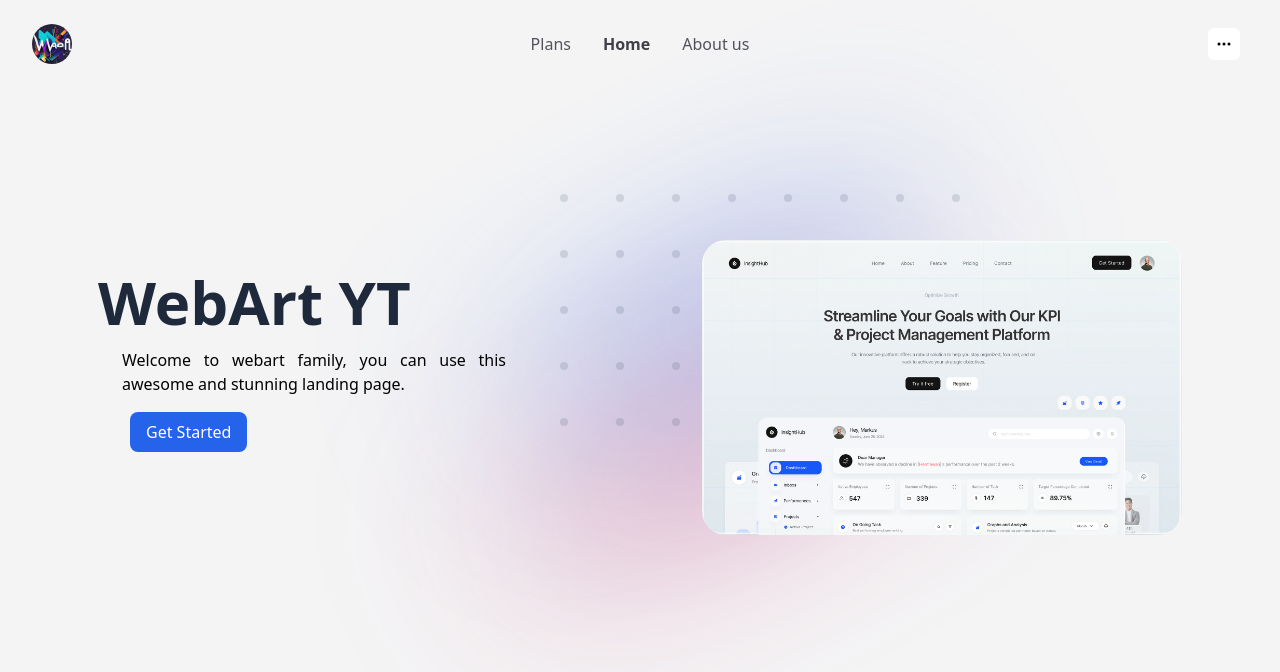
Repository: 30namp/youtube-web-art-code
Page: stunning landing page 1/index.html
These files come from the project's save history. The page is drawn as it stood at one moment and after the next save; the edit follows.
The browser window is 1280 px wide. The pictures show the whole page.

Above is the page before, as saved 2024-09-26 21:22:38.

### stunning landing page 1/index.html
<!DOCTYPE html>
<html lang="en">
  <head>
    <meta charset="UTF-8" />
    <meta name="viewport" content="width=device-width, initial-scale=1.0" />
    <title>WebArt Design</title>
    <script src="./tailwindcss.min.js"></script>
  </head>
  <body class="min-h-screen bg-zinc-100">
    <div
      class="absolute right-[25%] top-[60%] h-12 w-[30rem] rounded-[100%] rotate-[-25deg] bg-pink-700 blur-[6rem]"
    ></div>
    <div
      class="absolute right-[25%] top-[40%] h-12 w-[30rem] rounded-[100%] rotate-[-25deg] bg-blue-700 blur-[6rem]"
    ></div>
    <div
      class="grid grid-cols-8 gap-12 absolute right-[25%] top-[27%] animate-pulse"
    >
      <div class="rounded-full bg-slate-700/30 size-2 shadow-lg"></div>
      <div class="rounded-full bg-slate-700/30 size-2 shadow-lg"></div>
      <div class="rounded-full bg-slate-700/30 size-2 shadow-lg"></div>
      <div class="rounded-full bg-slate-700/30 size-2 shadow-lg"></div>
      <div class="rounded-full bg-slate-700/30 size-2 shadow-lg"></div>
      <div class="rounded-full bg-slate-700/30 size-2 shadow-lg"></div>
      <div class="rounded-full bg-slate-700/30 size-2 shadow-lg"></div>
      <div class="rounded-full bg-slate-700/30 size-2 shadow-lg"></div>
      <div class="rounded-full bg-slate-700/30 size-2 shadow-lg"></div>
      <div class="rounded-full bg-slate-700/30 size-2 shadow-lg"></div>
      <div class="rounded-full bg-slate-700/30 size-2 shadow-lg"></div>
      <div class="rounded-full bg-slate-700/30 size-2 shadow-lg"></div>
      <div class="rounded-full bg-slate-700/30 size-2 shadow-lg"></div>
      <div class="rounded-full bg-slate-700/30 size-2 shadow-lg"></div>
      <div class="rounded-full bg-slate-700/30 size-2 shadow-lg"></div>
      <div class="rounded-full bg-slate-700/30 size-2 shadow-lg"></div>
      <div class="rounded-full bg-slate-700/30 size-2 shadow-lg"></div>
      <div class="rounded-full bg-slate-700/30 size-2 shadow-lg"></div>
      <div class="rounded-full bg-slate-700/30 size-2 shadow-lg"></div>
      <div class="rounded-full bg-slate-700/30 size-2 shadow-lg"></div>
      <div class="rounded-full bg-slate-700/30 size-2 shadow-lg"></div>
      <div class="rounded-full bg-slate-700/30 size-2 shadow-lg"></div>
      <div class="rounded-full bg-slate-700/30 size-2 shadow-lg"></div>
      <div class="rounded-full bg-slate-700/30 size-2 shadow-lg"></div>
      <div class="rounded-full bg-slate-700/30 size-2 shadow-lg"></div>
      <div class="rounded-full bg-slate-700/30 size-2 shadow-lg"></div>
      <div class="rounded-full bg-slate-700/30 size-2 shadow-lg"></div>
      <div class="rounded-full bg-slate-700/30 size-2 shadow-lg"></div>
      <div class="rounded-full bg-slate-700/30 size-2 shadow-lg"></div>
      <div class="rounded-full bg-slate-700/30 size-2 shadow-lg"></div>
      <div class="rounded-full bg-slate-700/30 size-2 shadow-lg"></div>
      <div class="rounded-full bg-slate-700/30 size-2 shadow-lg"></div>
      <div class="rounded-full bg-slate-700/30 size-2 shadow-lg"></div>
      <div class="rounded-full bg-slate-700/30 size-2 shadow-lg"></div>
      <div class="rounded-full bg-slate-700/30 size-2 shadow-lg"></div>
      <div class="rounded-full bg-slate-700/30 size-2 shadow-lg"></div>
      <div class="rounded-full bg-slate-700/30 size-2 shadow-lg"></div>
      <div class="rounded-full bg-slate-700/30 size-2 shadow-lg"></div>
      <div class="rounded-full bg-slate-700/30 size-2 shadow-lg"></div>
      <div class="rounded-full bg-slate-700/30 size-2 shadow-lg"></div>
    </div>

    <!-- navbar -->
    <nav
      class="z-10 absolute top-0 left-0 right-0 flex justify-center items-center py-8 px-8"
    >
      <a href="/" class="absolute left-0 px-8">
        <img class="size-10 rounded-full" src="./assets/img/logo.jpg" alt="" />
      </a>

      <div class="options flex items-center gap-8">
        <a class="text-zinc-600" href="#">Plans</a>
        <a class="text-zinc-700 font-semibold" href="#">Home</a>
        <a class="text-zinc-600" href="#">About us</a>
      </div>

      <button
        class="absolute p-2 bg-white rounded-md right-0 mx-10 hover:scale-105 active:scale-100 transition"
      >
        <svg
          xmlns="http://www.w3.org/2000/svg"
          width="16"
          height="16"
          fill="currentColor"
          class="bi bi-three-dots"
          viewBox="0 0 16 16"
        >
          <path
            d="M3 9.5a1.5 1.5 0 1 1 0-3 1.5 1.5 0 0 1 0 3m5 0a1.5 1.5 0 1 1 0-3 1.5 1.5 0 0 1 0 3m5 0a1.5 1.5 0 1 1 0-3 1.5 1.5 0 0 1 0 3"
          />
        </svg>
      </button>
    </nav>

    <!-- hero section -->
    <div class="hero-section relative pt-60 flex justify-around items-start">
      <div class="content flex flex-col items-start gap-4 pt-8">
        <h1 class="text-6xl font-bold text-slate-800">WebArt YT</h1>
        <p class="description w-96 ml-6 text-justify">
          Welcome to webart family, you can use this awesome and stunning
          landing page.
        </p>
        <button
          class="ml-8 px-4 py-2 rounded-lg bg-blue-600 text-white hover:scale-105 active:scale-100 transition"
        >
          Get Started
        </button>
      </div>
      <img class="w-[30rem] rounded-3xl" src="./assets/img/img.png" alt="" />
    </div>
  </body>
</html>

Loaded but not shown: stunning landing page 1/tailwindcss.min.js (library)

After the next save:
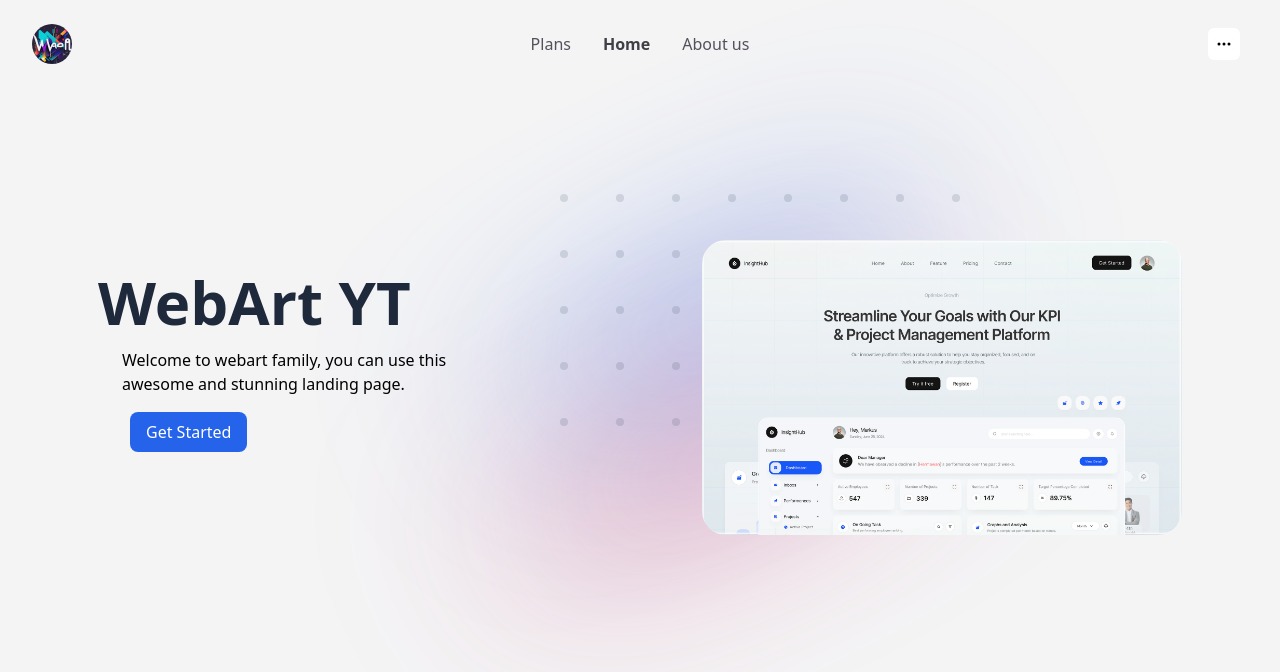
Saved 6 s later.
--- a/stunning landing page 1/index.html
+++ b/stunning landing page 1/index.html
@@ -94,7 +94,7 @@
     <div class="hero-section relative pt-60 flex justify-around items-start">
       <div class="content flex flex-col items-start gap-4 pt-8">
         <h1 class="text-6xl font-bold text-slate-800">WebArt YT</h1>
-        <p class="description w-96 ml-6 text-justify">
+        <p class="description w-96 ml-6">
           Welcome to webart family, you can use this awesome and stunning
           landing page.
         </p>
